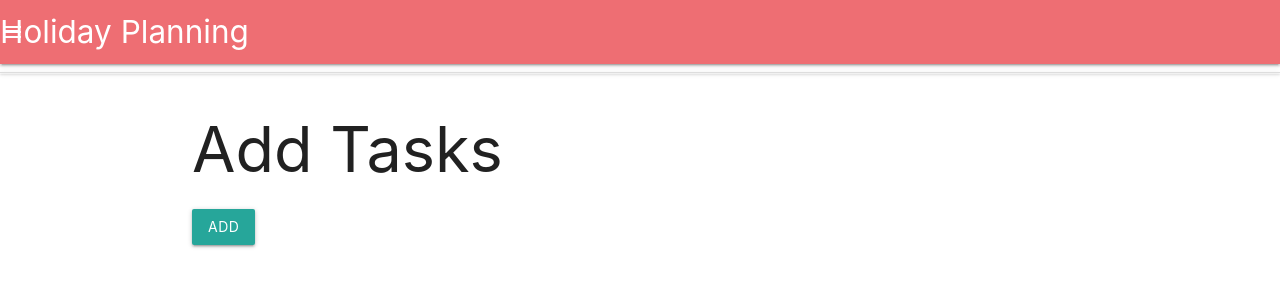
Repository: Code-Institute-Submissions/Project3-Holiday_Planning
Page: http://localhost/
The author's editor kept a record of every edit. The page is drawn from the files as they stood at one moment, then again after the next edit.
The browser window is 1280 px wide. The pictures show the whole page.
The page is served by the project's application, run on Flask 3 (app.py). Queries for data that is not in the repository find no rows.

Above is the page before.

After the next edit:
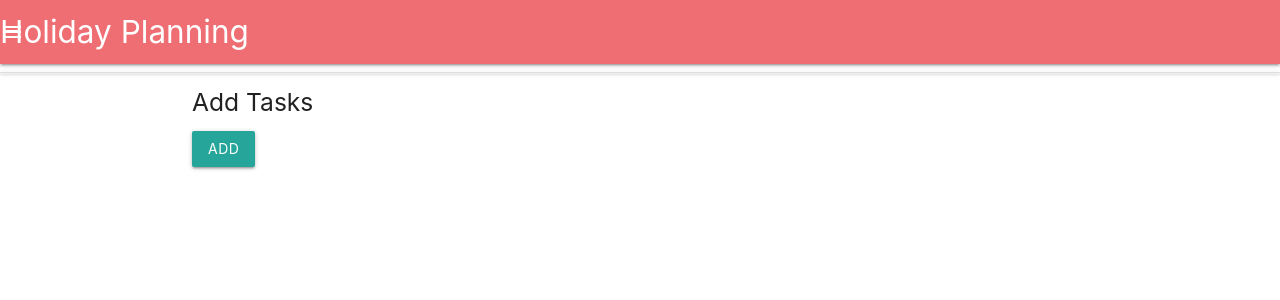
The edit:
--- a/templates/tasks.html
+++ b/templates/tasks.html
@@ -17,7 +17,7 @@
 <div>
     <section class="jumbotron text-center">
         <div class="container">
-          <h1 class="jumbotron-heading" id="font1">Add Tasks</h1>
+          <h5 class="jumbotron-heading" id="font1">Add Tasks</h5>
           <p id="font3">
             <a href='{{ url_for('add_task') }}' class="btn"> Add</a>
           </p>
